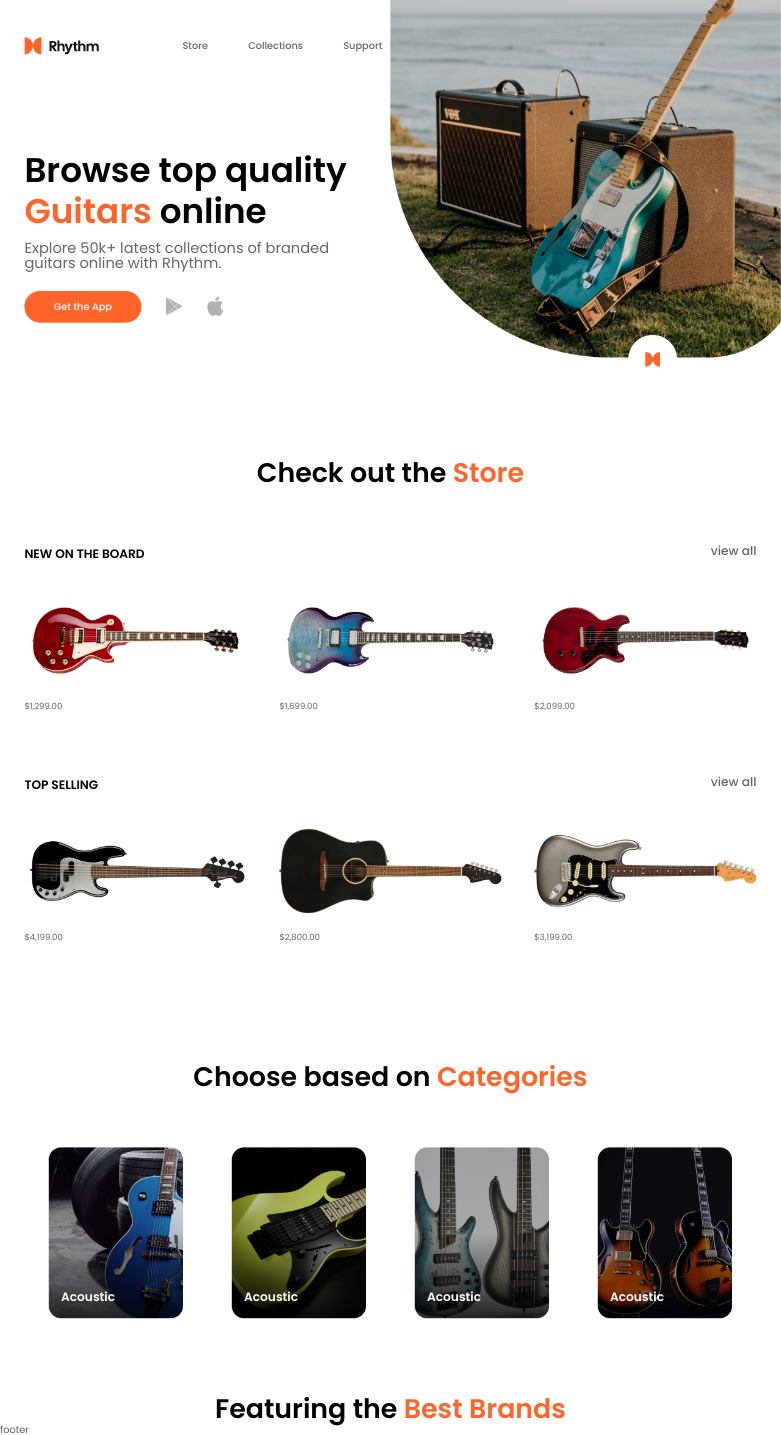
Repository: MorgunovaAlexandra/verstka-gitare-store
Page: index.html
An editor plug-in stored every save of this project. The page is shown before and after the next save, followed by the edit.
The browser window is 1280 px wide. The pictures show the whole page, at 61% of full size.

Above is the page before, as saved 2022-06-11 17:34:59.

### index.html
<!DOCTYPE html>
<html lang="en">
<head>
    <meta charset="UTF-8">
    <meta http-equiv="X-UA-Compatible" content="IE=edge">
    <meta name="viewport" content="width=device-width, initial-scale=1.0">
    <link rel="stylesheet" href="./style.css">
    <title>Document</title>
</head>
<body>
    <div class="wrapper">
        <header class="header">
            <div class="header__container _container">
                <a href="" class="header__logo">
                    <img src="./img/logo.svg" alt="">
                </a>
                <nav class="header__menu menu">
                    <ul class="menu__list">
                        <li class="menu__item">
                            <a href="" class="menu__link">Store</a>
                        </li>
                        <li class="menu__item">
                            <a href="" class="menu__link">Collections</a>
                        </li>
                        <li class="menu__item">
                            <a href="" class="menu__link">Support</a>
                        </li>
                    </ul>
                </nav>
            </div>
        </header>
        <main class="page">
            <section class="page__main main">
                <div class="main__container _container">
                    <div class="main__content">
                        <h1 class="main__title">Browse top quality <span>Guitars</span> online</h1>
                        <p class="main__text">Explore 50k+ latest collections of branded guitars online with Rhythm.</p>
                        <div class="main_actions actions-main">
                            <a href="" class="actions-main__button">Get the App</a>
                            <div class="actions-main__icon"><img src="./img/Group.png" alt="playMarket"></div>
                            <div class="actions-main__icon"><img src="./img/Apple logo.png" alt="apple"></div>
                        </div>
                    </div>
                    <div class="main_decor decor-main">
                        <div class="decor-main__image">
                            <img  src="./img/unsplash_H6j0Zsy91WY.png"alt="Main">
                        </div>
                    </div>
                </div>
            </section>
            <section class="page_store store">
               <div class="store_container _container">
                   <h2 class="store_title _title">
                    Check out the <span>Store</span>
                   </h2>
                   <div class="store__body body-store">
                       <div class="body-store__header">
                           <div class="body-store__title">NEW ON THE BOARD</div>
                           <a class="body-store__all">view all</a>
                       </div>
                       <div class="body-store__items">
                           <div class="body-store__item item">
                             <a href="" class="item__image">
                                 <img class="img-gitara" src="./img/1gitara.jpg" alt="gitare">
                             </a>
                             <div class="item__title">The Essential Les Paul</div>
                             <div class="item__price">$1,299.00</div>
                           </div>
                           <div class="body-store__item item">
                            <a href="" class="item__image">
                                <img  class="img-gitara" src="./img/2gitare.jpg" alt="gitare">
                            </a>
                            <div class="item__title">J-45 Standard</div>
                            <div class="item__price">$1,699.00</div>
                          </div>
                          <div class="body-store__item item">
                            <a href="" class="item__image">
                                <img  class="img-gitara" src="./img/3gitare.jpg" alt="gitare">
                            </a>
                            <div class="item__title">Hummingbird Standard</div>
                            <div class="item__price">$2,099.00</div>
                          </div>

                       </div>
                    <div class="body-store__header he">
                        <div class="body-store__title">TOP SELLING</div>
                        <a class="body-store__all">view all</a>
                    </div>
                       <div class="body-store__items">
                        <div class="body-store__item item">
                            <a href="" class="item__image">
                                <img class="img-gitara" src="./img/4gitare.jpg" alt="gitare">
                            </a>
                            <div class="item__title">Active Precision Bass® PH V</div>
                            <div class="item__price">$4,199.00</div>
                        </div>
                        <div class="body-store__item item">
                            <a href="" class="item__image">
                                <img class="img-gitara" src="./img/5gitare.jpg" alt="gitare">
                            </a>
                            <div class="item__title">Redondo Special</div>
                            <div class="item__price">$2,800.00</div>
                        </div>
                        <div class="body-store__item item">
                            <a href="" class="item__image">
                                <img class="img-gitara" src="./img/6gitare.jpg" alt="gitare">
                            </a>
                            <div class="item__title">Professional II Stratocaster®</div>
                            <div class="item__price">$3,199.00</div>
                        </div>
                      </div>
                   </div>
               </div>
            </section>
            <section class="page_categories categories">
              <div class="categories__container _container">
                <h2 class="categories__title _title">
                    Choose based on <span>Categories</span>
                </h2>
                <div class="categories__items">
                   <div class="categories__item item">

                       <img class="item__img" src="./img/categories/Rectangle 139.jpg">
                        <h2 class="item__title">Acoustic</h2>
                   </div>
                   <div class="categories__item item">
                    <img class="item__img" src="./img/categories/Rectangle 140.jpg">
                     <h2 class="item__title">Acoustic</h2>
                </div>
                <div class="categories__item item">
                    <img class="item__img" src="./img/categories/Rectangle 141.jpg">
                     <h2 class="item__title">Acoustic</h2>
                </div>
                <div class="categories__item item">
                    <img class="item__img" src="./img/categories/Rectangle 142.jpg">
                     <h2 class="item__title">Acoustic</h2>
                </div>
                </div>
              </div>

            </section>
            <section class="page__brand brand">
                <div class="brand__container _container">
                    <h2 class="brand__title _title">Featuring the <span>Best Brands</span></h2>
                </div>
            </section>
        </main>
        <footer class="footer">footer</footer>
    </div>

</body>
</html>

### style.css
@import url('https://fonts.googleapis.com/css2?family=Poppins:wght@400;500;600&display=swap');
*,*::before,*::after{
    margin: 0;
    padding: 0;
    box-sizing: border-box;
    border: none;
}
html,body{
    height: 100%;
    min-width: 320px;
}
body{
    line-height: 1;
    font-family: Poppins;
    font-size: 16px;
    color:#666666;
}
ul{}
li{
    list-style: none;
}
a{
    text-decoration: none;
    color:#666666;
    font-weight: 500;

}
/*-----------------------------------*/
._container{
    max-width: 1230px;
    margin: 0 auto;
    padding: 0px 15px;
}
._title{
    font-size: 44px;
    line-height: 52px;
    color:black
}
._title span{
    color:#FF6428
}
/*-----------------------------------*/
.wrapper{
    display: flex;
    flex-direction: column;
    min-height: 100%;
    overflow: hidden;
}

/*------------------header------------------*/
.header__container{
    display: flex;
    gap:131px;
    min-height: 152px;
    align-items: center;
}
.header__logo{

}
.menu__list{
    display: flex;
    gap:56px;
}
.menu__item{
padding: 5px;
background-color:rgba(255,255,255,0.5);
}
.header{
    position: absolute;
    top:0;
    left: 0;
    width: 100%;
    z-index: 20;
}
@media(max-width:1092px) {
    .header__container{
        gap:50px;
        min-height: 100px;
    }
    .menu__list{
        gap:40px;
    }
}
@media(max-width:768.98px){
    .header__container{
        min-height: 50px;
    }
}
@media(max-width:479.98px){
    .menu__list{
        gap:20px
    }
    .header__logo{
        width: 28px;
        overflow: hidden;
        flex: 0 0 28px
    }
    .header__container{
        gap:20px;
    }
    .menu{
        padding: 0;
    }
}
/*------------------main------------------*/
.page{
    flex:1 1 auto
}
.page__main {
}
.main {
    padding-bottom: 80px;
}
.main__container {
    display: flex;
}
._container {
}
.main__content {
    display: flex;
    flex-direction: column;
    justify-content: space-between;
    flex:1 1 50%;
    align-self: flex-end;
    padding-bottom: 60px;
    padding-top: 120px;
    padding-right: 20px;
}
.main__title {
    font-size: 3.5rem;
    line-height: 67px;
    color:black;
    margin-bottom: 16px;
}
.main__title span{
    color:#FF6428
}
.main__text {
    margin-bottom: 34px;
    font-size: 1.5rem;
}
.main_actions {
}
.actions-main {
    display: flex;
    gap: 40px;
    align-items: center;
}
.actions-main__button {
    background-color: #FF6428;
    color:white;
    padding: 18px 48px;
    border-radius: 40px;
    text-align: center;
    transition: all 0.3s ease 0s;
}
.actions-main__button:hover{
    background-color:#b03808
}
.actions-main__icon {
}
.main_decor {
    flex:1 1 50%
}
.decor-main {
}
.decor-main__image {
    margin-right: -135px;
    position: relative;


}
.decor-main__image img{
    max-width: 672px;
}
.decor-main__image::after{
    content: "";
    background: url("./img/Group\ 5189.png");
    width: 80px;
    height: 80px;
    position: absolute;
    right: 36%;
    bottom: 0;
    transform: translate(0,50%);
}
@media(max-width:1092px){
    .decor-main__image img{
        width: 100%;

    }
    .main__content {
        flex:0 0 60%;
        padding-bottom: 0;
    }
    .main_decor {
        flex:0 0 40%
    }
}
@media(max-width:767.97px){
    .main_decor {
        display: none;
    }
    .main__content {
        flex: 1 1 100%;
        padding-right: 0;
        padding-top: 80px;
    }
    .main__title {
        font-size: 44px;
    }
}
@media(max-width:497.98px){
    .actions-main__button {
        flex:1 1 100%;
    }
    .actions-main__icon {
        display: none;
    }
}
/*-----------SECTION2--------------*/
.store_title{
    text-align: center;
    margin-bottom: 92px;
}

.page_store {
}
.store {
    padding-top: 80px;
    padding-bottom: 90px;
}
.store_container {
}
._container {
}


.store__body {
}
.body-store {
}
.body-store__header {
    display: flex;
    justify-content: space-between;
    gap:15px;
    margin-bottom: 32px;
}
.body-store__title {
    font-size: 20px;
    line-height: 30px;
    color:black;
    font-weight: 600;
}
.body-store__all {
    font-weight: 500;
    font-size: 20px;
}
.body-store__items{
    display: flex;
    justify-content: space-between;
    flex-wrap: wrap;
    margin-bottom: 102px;
}
.item__title{
    font-size: 16px;
    font-weight: 500;
    color:#121212;
    line-height: 24px;
    margin-bottom: 7px;
}
.item__price{
    font-size: 14px;
    line-height: 21px;
    font-weight: 400;
}
.item__image{
    padding-bottom: 40px;

}
.img-gitara{
    max-width: 364px;
}
@media(max-width:767.97px){
    .he{
        display: none;
    }
    .item{
        max-width: 50%;
    }
    .img-gitara{
        width: 100%;
    }
}
@media(max-width:497.98px){
    .he{
        display: none;
    }
    .item{
        max-width: 90%;
    }
    .img-gitara{
        width: 100%;
    }
    .body-store__items{
        justify-content: center;
    }
    .body-store__items{
        margin-bottom: 0;
    }
    .store_title {
        margin-bottom: 10px;
    }
    .store {
        padding-top: 0px;
    }
    .body-store__title {
        font-size: 16px;
    }
    .main{
        padding-bottom: 18px;
    }
}


/*----------SECTION3----------------------*/
.categories__items{
    display: flex;
    justify-content: space-around;
    flex-wrap: wrap;
}
.categories__title{
    text-align: center;
    margin-bottom: 80px;
}
.categories__item{
    position: relative;
    padding: 10px;
}
.item__title{
    position: absolute;
    top:80%;
    left: 30px;
    color:white;
    font-weight: 600;
    font-size: 20px;
}
.page_categories{
    padding-bottom: 110px;
}
/*----------------------------SECTION BRAND------------*/
.page__brand{
    padding-top: ;
}
.brand__title{
    text-align: center;
}

After the next save:
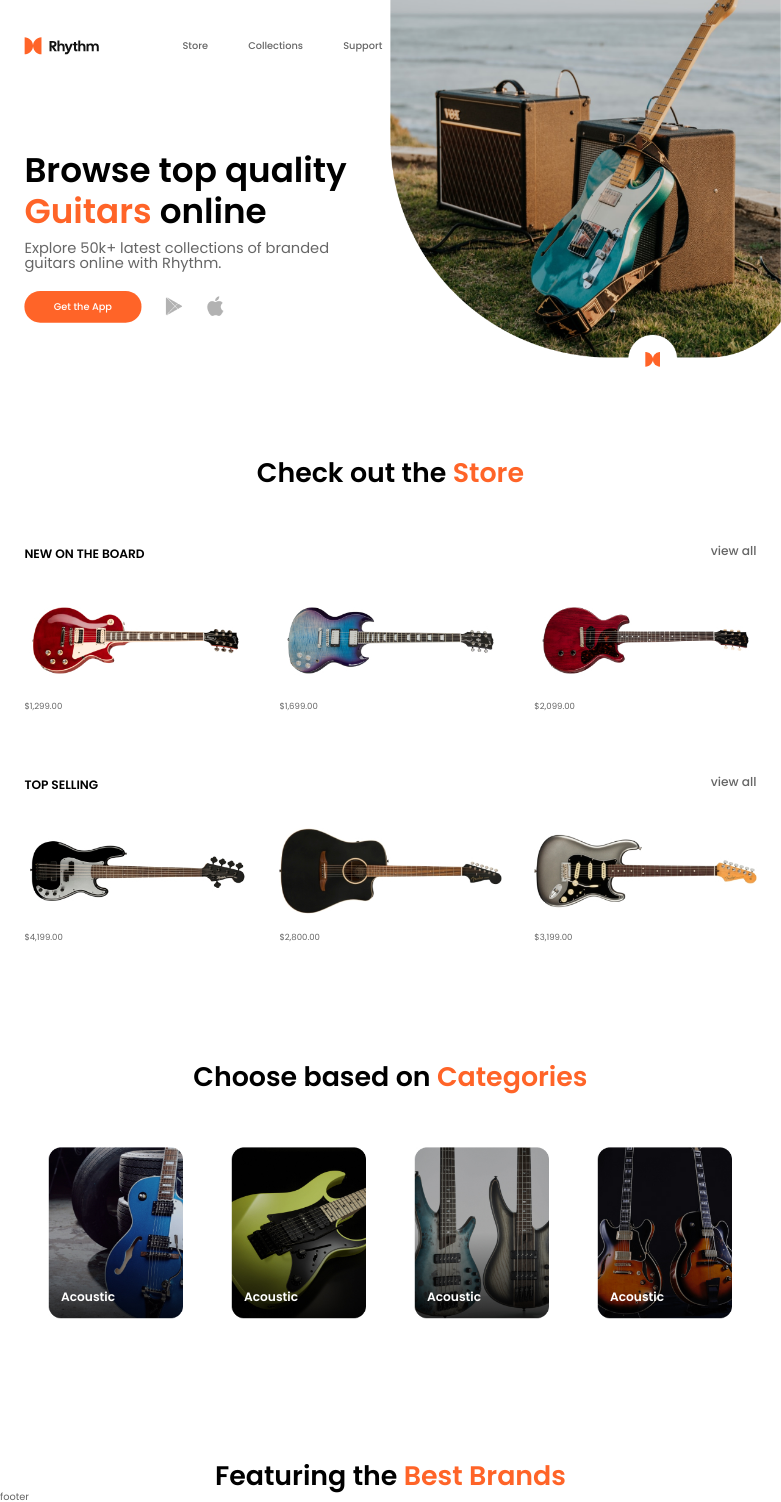
Saved 6 s later.
--- a/style.css
+++ b/style.css
@@ -349,7 +349,7 @@
 }
 /*----------------------------SECTION BRAND------------*/
 .page__brand{
-    padding-top: ;
+    padding-top: 110px;
 }
 .brand__title{
     text-align: center;

After the save that followed:
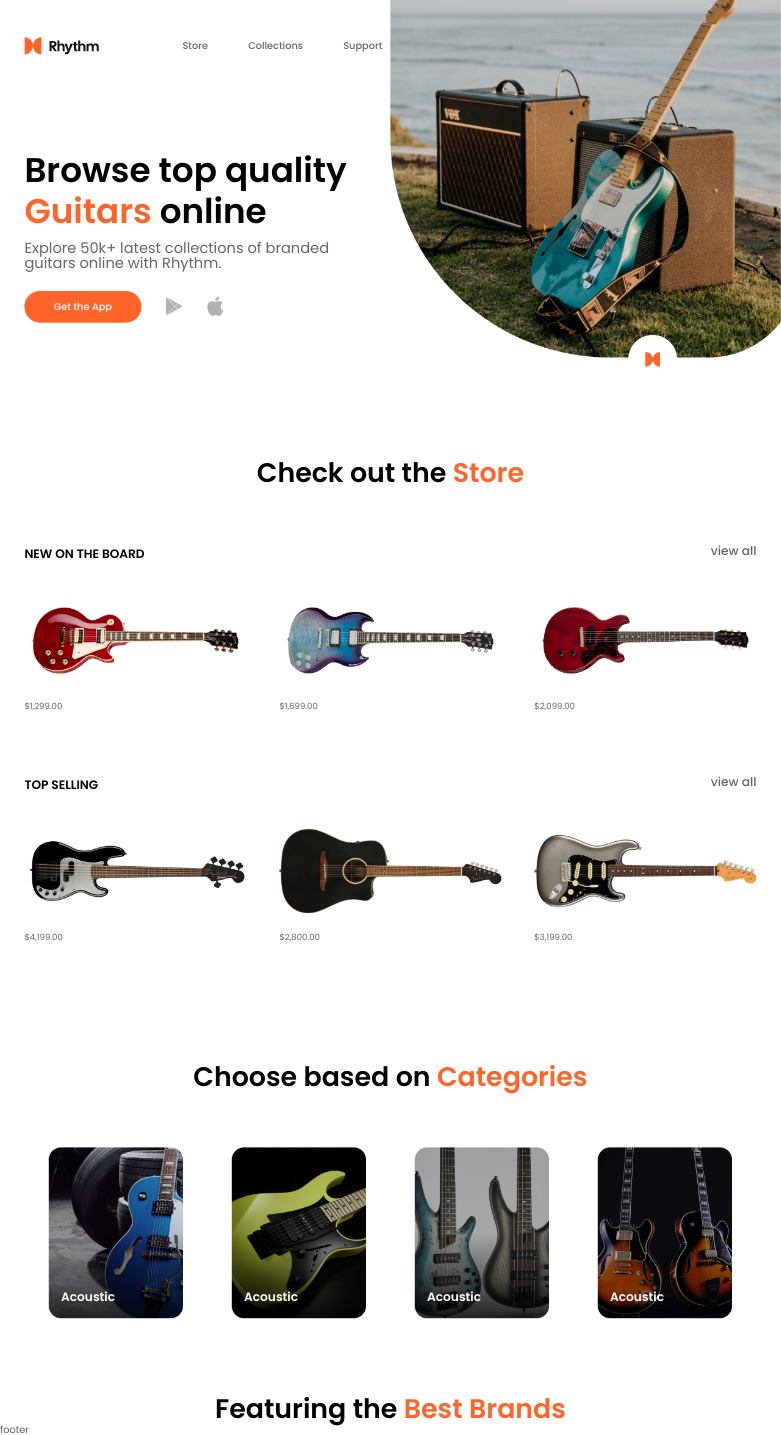
Saved 28 s later.
--- a/style.css
+++ b/style.css
@@ -349,7 +349,7 @@
 }
 /*----------------------------SECTION BRAND------------*/
 .page__brand{
-    padding-top: 110px;
+
 }
 .brand__title{
     text-align: center;
